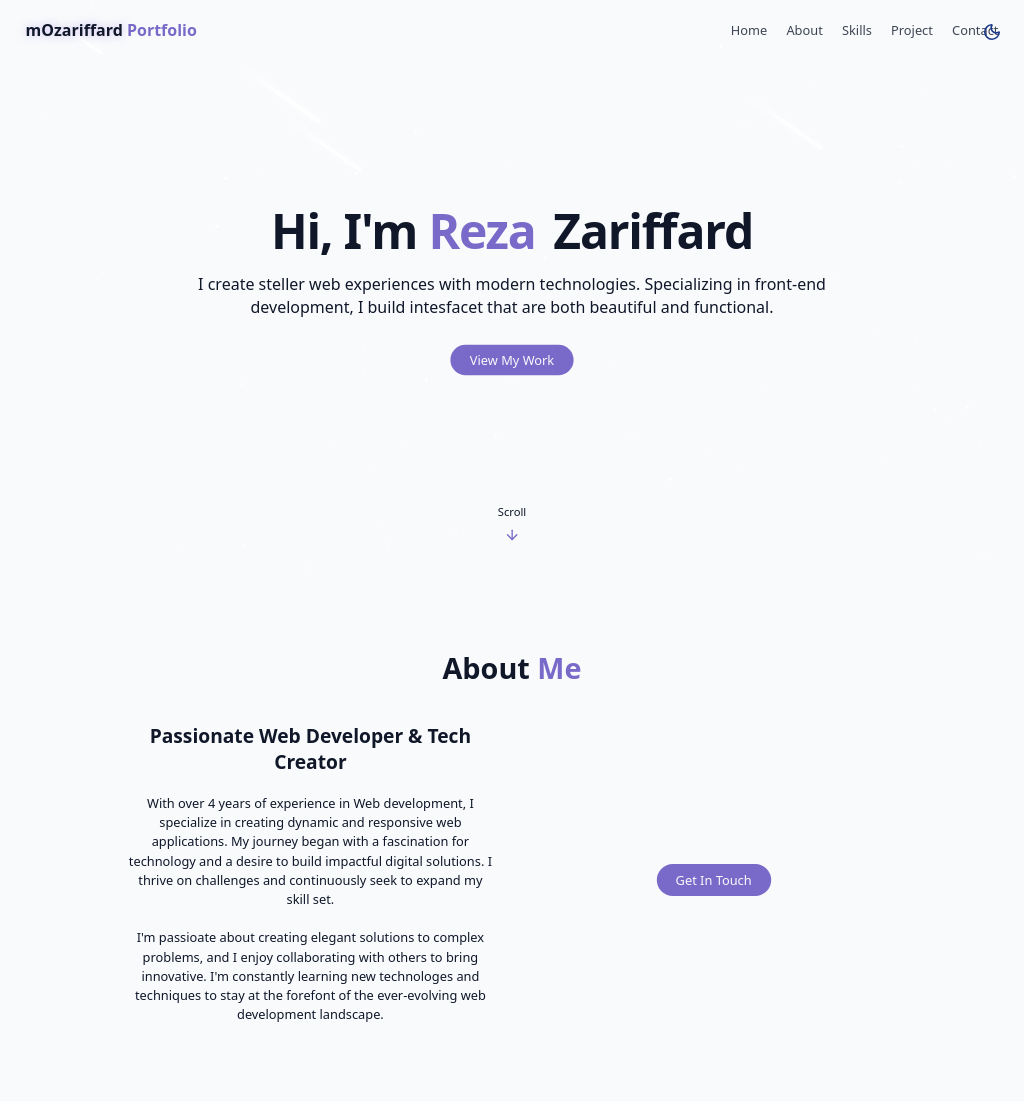
Repository: mOzariffard/Portfolio
Page: /
These files come from the project's save history. The page is drawn as it stood at one moment and after the next save; the edit follows.
The browser window is 1280 px wide. The pictures show the whole page, at 80% of full size.
The project was rebuilt for these pictures with package versions that can differ from the ones it lists, and the page was loaded fresh each time. Also part of the build but not shown: vite.config.js, src/pages/NotFound.jsx.

Above is the page before, as saved 2025-06-29 14:50:53.

### src/App.jsx
import  Home from "./pages/Home"
import { BrowserRouter, Route, Routes } from "react-router-dom"
import NotFound from "./pages/NotFound"


function App() {

  return (
    <>
    <BrowserRouter>
    <Routes>
      <Route index element={<Home />} />
      <Route path="*" element={<NotFound />} />
    </Routes>
    </BrowserRouter>
    </>
  )
}

export default App

### src/pages/Home.jsx
import React from 'react'
import ThemeToggle from '@/components/ThemeToggle'
import StartBackground from '@/components/StartBackground'
import Navbar from '@/components/Navbar'
import HeroSection from '@/components/HeroSection'
import AboutSection from '@/components/AboutSection'

const Home = () => {
  return (
    <div className='min-h-screen bg-background text-foreground overflow-x-hidden'>
        {/*----------------Theme Toggle----------------*/}
        <ThemeToggle />
        {/*----------------Background Effects----------------*/}
        <StartBackground/>
        {/*----------------Nav Bar----------------*/}
        <Navbar/>
        {/*----------------Main Content----------------*/}
        <main>
        <HeroSection />
        <AboutSection />
        </main>
        {/*----------------Footer----------------*/}


    </div>
  )
}

export default Home

### src/components/ThemeToggle.jsx
import React, { useEffect, useState } from 'react'
import { Sun, Moon } from 'lucide-react'
import { cn } from '@/lib/utils';
const ThemeToggle = () => {
    const [isDarkMode, setIsDarkMode]= useState(false);

    useEffect(()=>{
        const storedTheme= localStorage.getItem('theme');
        if(storedTheme=== 'dark'){
            setIsDarkMode(true);
            document.documentElement.classList.add('dark');
        }else{
            localStorage.setItem('theme', 'light');
            setIsDarkMode(false);
        }
    },[])
    const toggleTheme=()=>{
        if(isDarkMode){
            document.documentElement.classList.remove('dark');
            localStorage.setItem('theme', 'light');
            setIsDarkMode(false);
        }else{
            document.documentElement.classList.add('dark');
            localStorage.setItem('theme', 'dark');
            setIsDarkMode(true);
        }
    }
  return (
    <button onClick={toggleTheme} className={cn(
        "fixed max-sm:hidden top-5 right-5 z-50 p-2 rounded-full transition-colors duration-300",
        "focus:outline-hidden")}>
        {isDarkMode ? <Sun className='h-6 w-6 text-yellow-300'/> : <Moon className='h-6 w-6 text-blue-900' />}
    </button>
  )
}

export default ThemeToggle

### src/components/StartBackground.jsx
import React, { useEffect, useState } from 'react'

// START has
// ID , SIZE , X , Y , OPACITY , ANIMATION DURATION
// METEOR has
// ID , SIZE , X , Y , DELAY , DURATION

const StartBackground = () => {
    const [stars,setStars]=useState([]);
    const [meteors,setMeteors]=useState([]);

    useEffect(()=>{
        generateStars();
        generateMeteors();

        const handleResize = ()=>{
            generateStars();
        };

        window.addEventListener('resize', handleResize);

        return ()=> window.removeEventListener('resize', handleResize);

    },[])

    const generateStars = () =>{
        const numbersOfStars = Math.floor(window.innerWidth * window.innerHeight /10000);

        const newStars=[];

        for(let i=0; i<numbersOfStars; i++){
            newStars.push({
                id: i,
                size: Math.random()* 3 + 1,
                x: Math.random()*100 ,
                y:  Math.random()*100,
                opacity: Math.random()*0.5 +0.5 ,
                animationDuration: Math.random()*4+2 ,
            });
        }

        setStars(newStars);
    };

    const generateMeteors = () =>{
        const numbersOfMeteors = 4;

        const newMeteors=[];

        for(let i=0; i<numbersOfMeteors; i++){
            newMeteors.push({
                id: i,
                size: Math.random()* 2 + 1,
                x: Math.random()* 100 ,
                y:  Math.random()* 20,
                delay: Math.random()* 15 ,
                animationDuration: Math.random()*3+3 ,
            });
        }

        setMeteors(newMeteors);
    };


  return (
    <div className='fixed inset-0 overflow-hidden pointer-events-none z-0 '>
        {stars.map((star)=>(
            <div
            key={star.id}
                className='star animate-pluse-subtle' style={{
                width:`${star.size}px` ,
                height: `${star.size}px`,
                left: `${star.x}%`,
                top: `${star.y}%`,
                opacity:`${star.opacity}` ,
                animationDuration: `${star.animationDuration}s`
            }} />
        ))}

        {meteors.map((meteor)=>(
            <div
            className='meteor animate-meteor'
            key={meteor.id}
            style={{
                width: `${meteor.size* 50}px`,
                height: `${meteor.size * 2}px`,
                left: `${meteor.x}%`,
                top: `${meteor.y}%`,
                animationDelay: `${meteor.delay}`,
                animationDuration: `${meteor.duration}s`
            }}
            />
        ))}
    </div>
  )
}

export default StartBackground

### src/components/Navbar.jsx
import React, { useState, useEffect } from 'react';
import { cn } from '@/lib/utils';
import { X , Menu } from 'lucide-react';

const navItems = [
    { name: 'Home', href: '#hero' },
    { name: 'About', href: '#about' },
    { name: 'Skills', href: '#skills' },
    { name: 'Project', href: '#project' },
    { name: 'Contact', href: '#contact' },
];

const Navbar = () => {
    const [isScrolled, setIsScrolled] = useState(false);
    const [isMenuOpen, setIsMenuOpen] = useState(false);

    useEffect(() => {
        const handleScroll = () => {
            setIsScrolled(window.scrollY > 10);
        };

        window.addEventListener('scroll', handleScroll);

        return () => window.removeEventListener('scroll', handleScroll);
    }, []);

    return (
        <nav
            className={cn(
                'fixed w-full z-40 transition-all duration-300',
                isScrolled ? 'py-3 bg-background/80 backdrop-blur-md shadow-xs' : 'py-6'
            )}
        >
            <div className="container flex items-center justify-between">
                <a href="#hero" className="text-xl font-bold text-primary flex items-center">
                    <span className="relative z-10">
                        <span className="text-glow text-foreground">mOzariffard</span> Portfolio
                    </span>
                </a>

                {/* DESKTOP NAV */}
                <div className="hidden md:flex space-x-6">
                    {navItems.map((item, key) => (
                        <a
                            key={key}
                            href={item.href}
                            className="text-foreground/80 hover:text-primary transition-colors duration-300"
                        >
                            {item.name}
                        </a>
                    ))}
                </div>

                {/* MOBILE NAV */}
                <button onClick={() => setIsMenuOpen((prev)=> !prev)}
                className='md:hidden p-2 text-foreground z-50'
                aria-label={!isMenuOpen ? 'Close Menu': 'Open Menu'}
                >
                {isMenuOpen ? <X size={24} /> : <Menu size={24} />}
                </button>

                <div
                    className={cn(
                        'fixed inset-0 bg-background/90 backdrop-blur-md z-40 flex flex-col items-center justify-center',
                        'transition-all duration-300 md:hidden',
                        isMenuOpen ? 'opacity-100 pointer-events-auto' : 'opacity-0 pointer-events-none'
                    )}
                >
                    <div className="flex flex-col space-y-8 text-xl">
                        {navItems.map((item, key) => (
                            <a
                                key={key}
                                href={item.href}
                                className="text-foreground/80 hover:text-primary transition-colors duration-300"
                                onClick={() => setIsMenuOpen(false)}
                            >
                                {item.name}
                            </a>
                        ))}
                    </div>
                </div>
            </div>
        </nav>
    );
};

export default Navbar;

### src/components/HeroSection.jsx
import { ArrowDown } from 'lucide-react'
import React from 'react'

const HeroSection = () => {
  return (
    <section className='relative min-h-screen flex flex-col items-center justify-center px-4'>
        <div className='container max-w-4xl mx-auto text-center z-10'>
            <div className='space-y-6'>
                <h1 className='text-4xl md:text-6xl font-bold tracking-tight'>
                <span className='opacity-0 animate-fade-in' >Hi, I'm</span>
                <span className='text-primary opacity-0 animate-fade-in-delay-1'> Reza</span>
                <span className='text-gradient ml-2 opacity-0 animate-fade-in-delay-2'> Zariffard</span>
                </h1>
                <p className='text-lg md:text-xl text-muted-foreground max-2-2xl mx-auto opacity-0 animate-fade-in-delay-3'>
                    I create steller web experiences with modern technologies.
                    Specializing in front-end development, I build intesfacet
                    that are both beautiful and functional.
                </p>
                <div className='pt-4 opacity-0 animate-fade-in-delay-4'>
                    <a href="#projects" className='cosmic-button'> View My Work</a>
                </div>
            </div>
        </div>

        <div className='absolute bottom-8 left-1/2 transform -translate-x-1/2 flex flex-col items-center animate-bounce'>
        <span className='text-sm text-muted-forgeround mb-2'> Scroll</span>
        <ArrowDown className='h-5 w-5 text-primary'/>
        </div>
    </section>
  )
}

export default HeroSection

### src/components/AboutSection.jsx
import React from 'react'

const AboutSection = () => {
  return (
    <section id='about' className='py-24 px-4 relative'>
      <div className='container mx-auto max-w-5xl'>
        <h2 className='text-3xl md:text-4xl font-bold mb-12 text-center'>
          About <span className='text-primary'>Me</span>
        </h2>


      <div className='grid grid-cols-1 md:grid-cols-2 gap-12 items-center'>
        <div className='space-y-6'>
          <h3 className='text-2xl font-semibold'>
            Passionate Web Developer & Tech Creator
          </h3>

          <p className='text-muted-foreground'>
            With over 4 years of experience in Web development,
            I specialize in creating dynamic and responsive web applications.
            My journey began with a fascination for technology and a desire to
            build impactful digital solutions. I thrive on
            challenges and continuously seek to expand my skill set.
          </p>

          <p className='text-muted-foreground'>
            I'm passioate about creating elegant solutions to complex
            problems, and I enjoy collaborating with others to bring innovative.
            I'm constantly learning new technologes and techniques to stay at the forefont
            of the ever-evolving web development landscape.
          </p>
        </div>

        <div className='flex flex-col sm:flex-row gap-4 pt-4 justify-center '>
          <a href="#contanct" className='cosmic-button'>
            Get In Touch
          </a>
        </div>
      </div>
      </div>
    </section>
  )
}

export default AboutSection

### src/lib/utils.js
import {clsx} from 'clsx';
import { twMerge } from 'tailwind-merge';



export const cn= (...inputs)=>{
    return twMerge(clsx(inputs));
}

Loaded but not shown: index.html (common file); src/main.jsx (common file); src/index.css (common file)

After the next save:
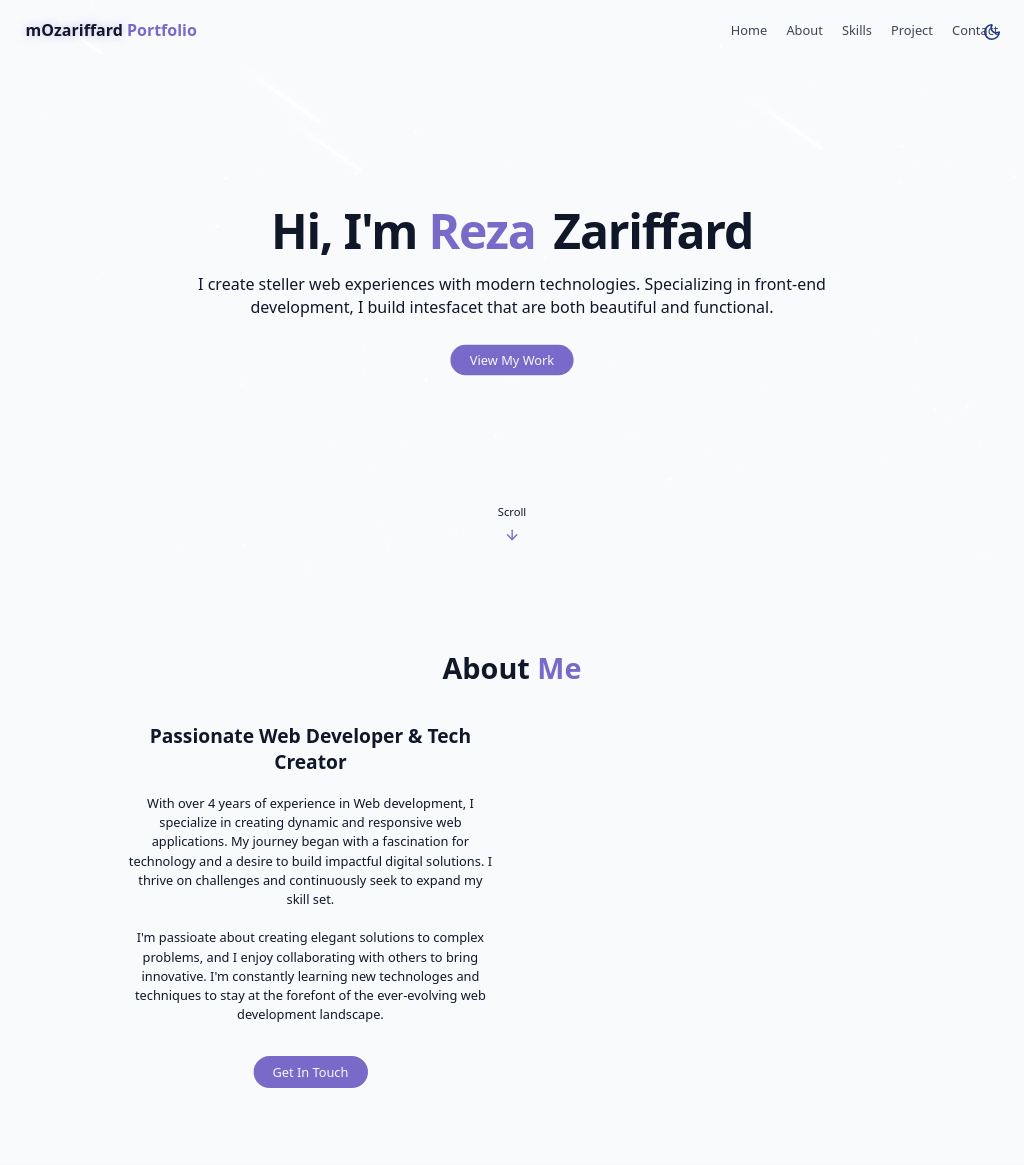
Saved 25 s later.
--- a/src/components/AboutSection.jsx
+++ b/src/components/AboutSection.jsx
@@ -29,13 +29,15 @@ const AboutSection = () => {
             I'm constantly learning new technologes and techniques to stay at the forefont
             of the ever-evolving web development landscape.
           </p>
-        </div>
 
-        <div className='flex flex-col sm:flex-row gap-4 pt-4 justify-center '>
+          <div className='flex flex-col sm:flex-row gap-4 pt-4 justify-center '>
           <a href="#contanct" className='cosmic-button'>
             Get In Touch
           </a>
         </div>
+        </div>
+
+
       </div>
       </div>
     </section>
